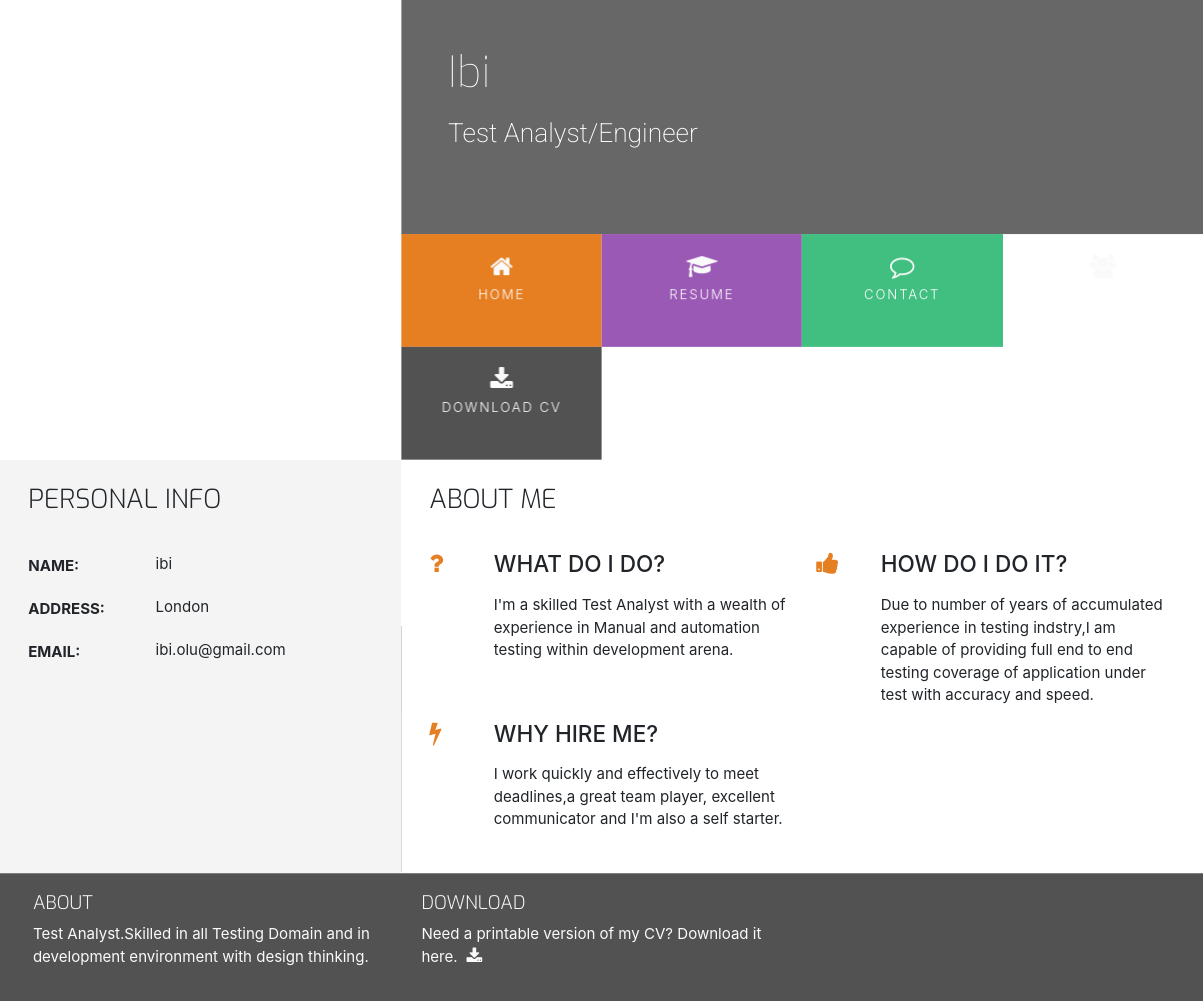
Repository: daat2/ccvitae
Page: index.html
The author's editor kept a record of every edit. The page is drawn from the files as they stood at one moment, then again after the next edit.
The browser window is 1280 px wide. The pictures show the whole page, at 94% of full size.
Some web libraries are served in a nearby version.

Above is the page before.

After the next edit:
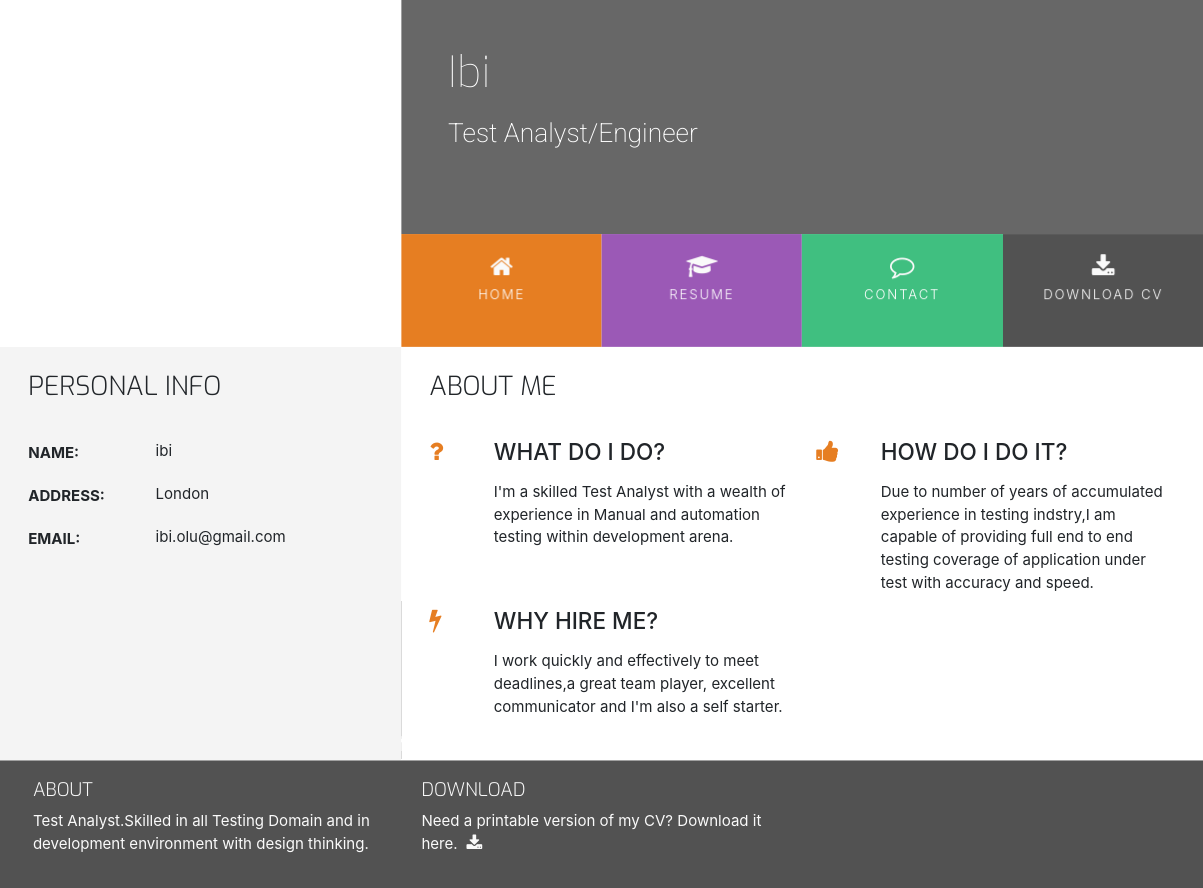
The edit:
--- a/index.html
+++ b/index.html
@@ -33,10 +33,8 @@
 	                            <li class="col-6 col-sm-3 list-inline-item ui-menu-color-contact menuitem">
 	                                <a href="contact.html" class="hvr-sweep-to-bottom"><i class="fa fa-comment-o" aria-hidden="true"></i><span>Contact</span></a>
 	                            </li>
-	                            <li class="col-6 col-sm-3 ui-menu-color-interests list-inline-item menuitem">
-                                <a href="interests.html" class="hvr-sweep-to-bottom"><i class="fa fa-users" aria-hidden="true"></i><span>Interests</span></a>
-                            </li>
-	                            <li class="col-6 col-sm-3 list-inline-item ui-menu-color-download menuitem">
+
+ 	                            <li class="col-6 col-sm-3 list-inline-item ui-menu-color-download menuitem">
 	                                <a href="assets/cv/cv-current.pdf" target="_blank" class="hvr-sweep-to-bottom"><i class="fa fa-download" aria-hidden="true"></i><span>Download CV</span></a>
 	                            </li>
 	                        </ul>
